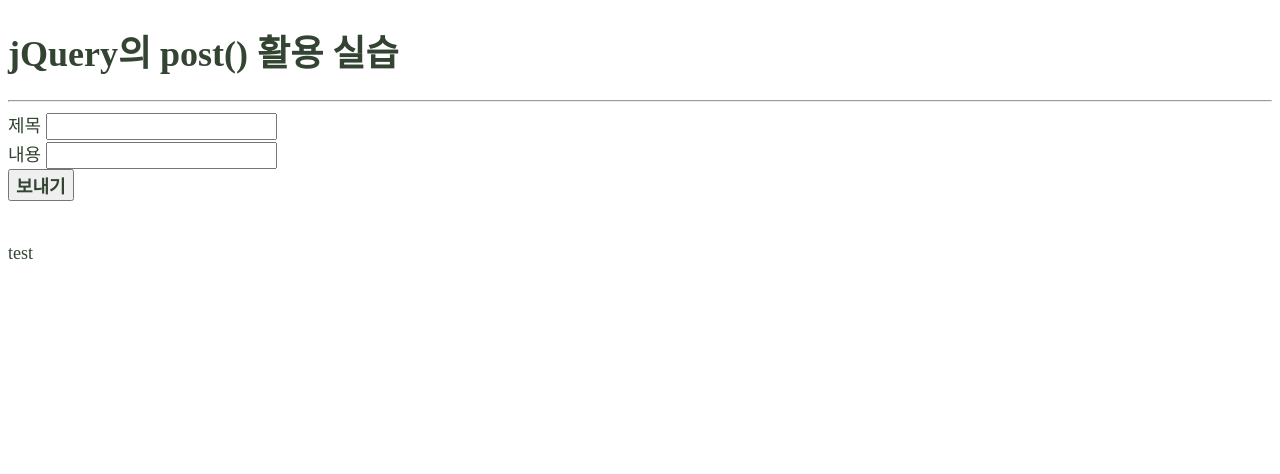
Repository: youngsik0405/Web-study
Page: http://localhost/AjaxJquery03/PostTest01.jsp
An editor plug-in stored every save of this project. The page is shown before and after the next save, followed by the edit.
The browser window is 1280 px wide. The pictures show the whole page.
The page is served by Tomcat 9. Nobody is signed in. The application's start-up code is not run.

Above is the page before, as saved 2025-02-04 05:19:42.

After the next save:
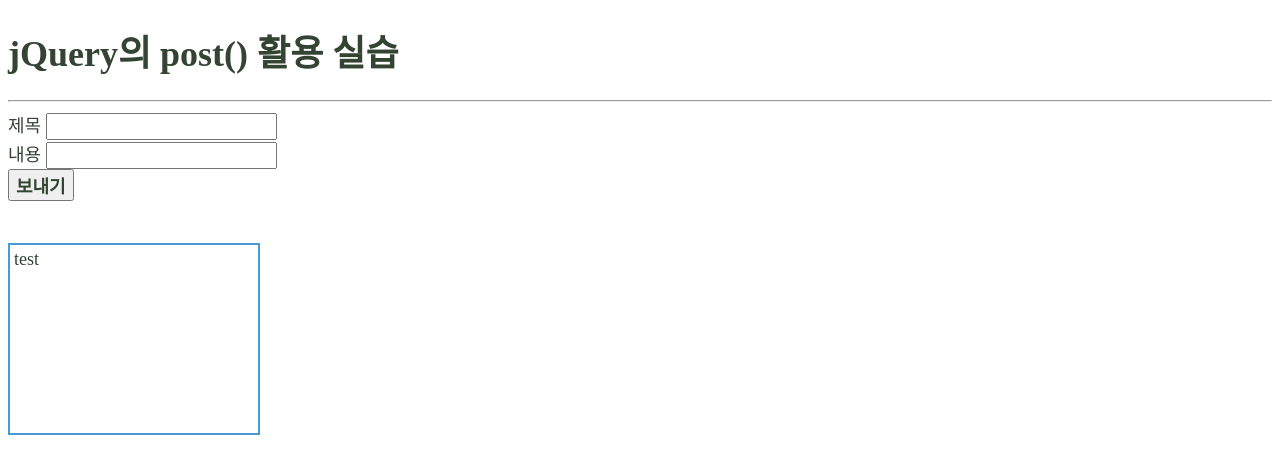
Saved 50 s later.
--- a/AjaxJquery03/WebContent/PostTest01.jsp
+++ b/AjaxJquery03/WebContent/PostTest01.jsp
@@ -10,6 +10,16 @@
 <meta charset="UTF-8">
 <title>PostTest01.jsp</title>
 <link rel="stylesheet" type="text/css" href="<%=cp %>/css/main.css">
+<style type="text/css">
+	#resultDiv
+	{
+		width: 240px;
+		height: 180px;
+		border: 2px solid #499bd7;
+		padding: 4px;
+	}
+
+</style>
 </head>
 <body>
 
